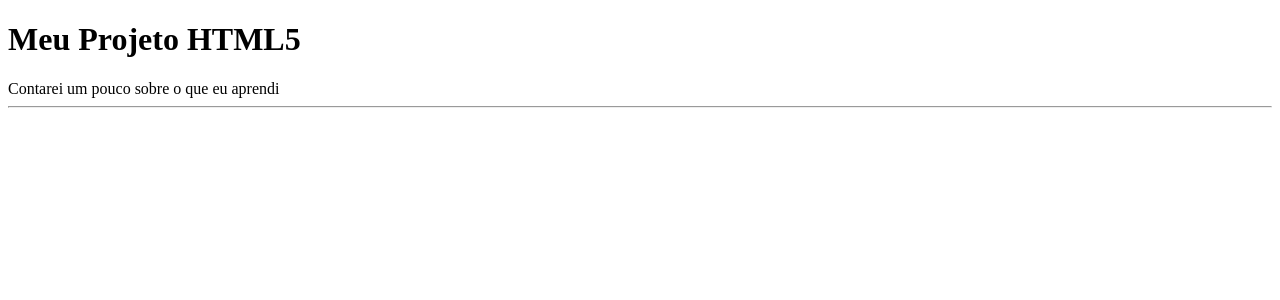
Repository: gustavotwist/meu-html
Page: index.html
These files come from the project's save history. The page is drawn as it stood at one moment and after the next save; the edit follows.
The browser window is 1280 px wide. The pictures show the whole page.

Above is the page before, as saved 2024-04-24 21:53:24.

After the next save:
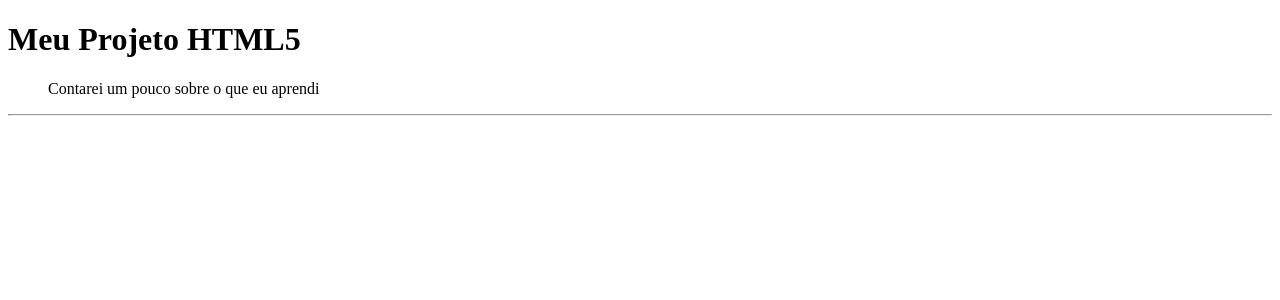
Saved 14 s later.
--- a/index.html
+++ b/index.html
@@ -7,7 +7,7 @@
 </head>
 <body>
     <h1>Meu Projeto HTML5</h1>
-    <bockquote>Contarei um pouco sobre o que eu aprendi</bockquote><hr>
+    <blockquote>Contarei um pouco sobre o que eu aprendi</blockquote><hr>
 
 
 </body>
